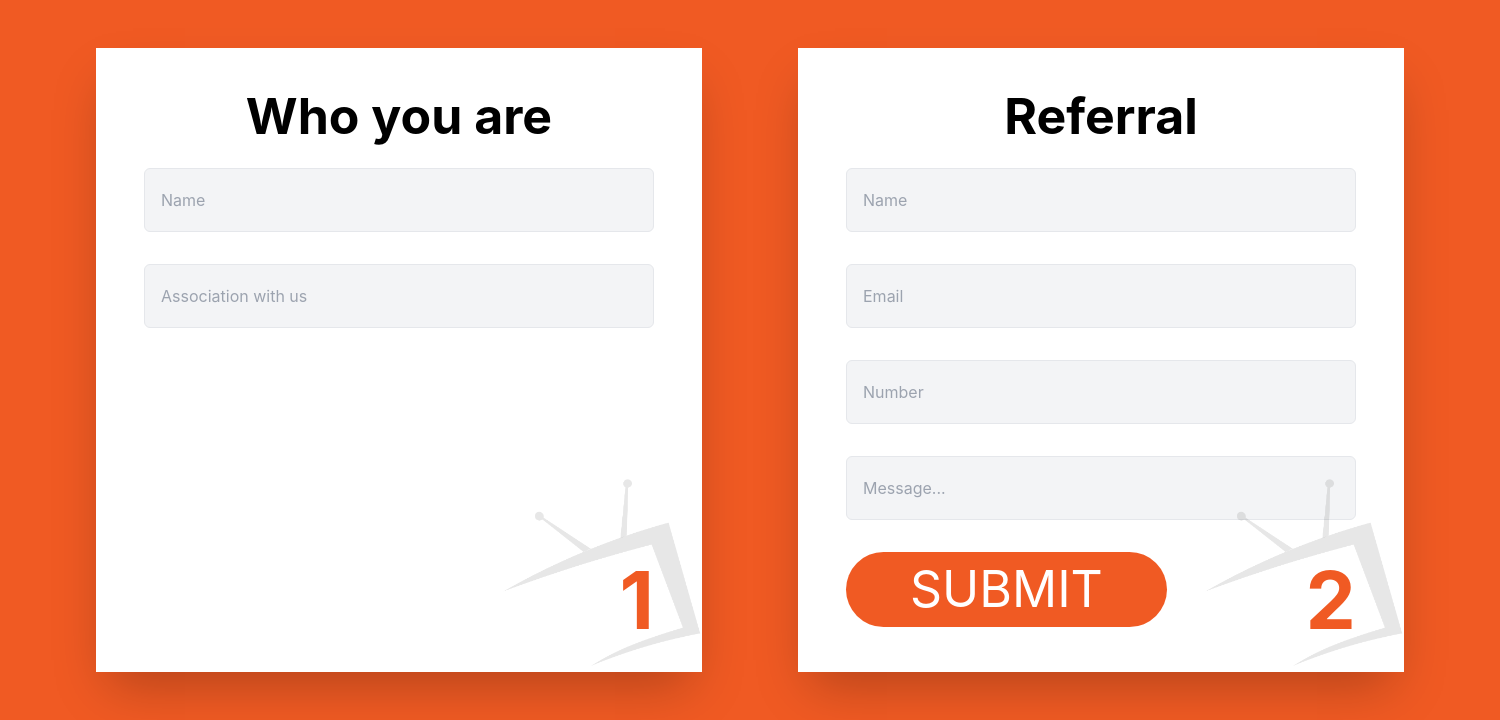
Repository: legenddev1202/whyclicktv
Page: /referrel
These files come from the project's save history. The page is drawn as it stood at one moment and after the next save; the edit follows.
The browser window is 1280 px wide. The page is 1500 px wide, so the pictures cover 1500 px, including what lies to the right of the window. The pictures show the whole page.
The project was rebuilt for these pictures with package versions that can differ from the ones it lists, and the page was loaded fresh each time. Also part of the build but not shown: src/App.css, src/pages/home.js, src/pages/about.js, src/pages/contact.js, src/pages/partners.js.

Above is the page before, as saved 2022-03-31 15:10:01.

### public/index.html
<!DOCTYPE html>
<html lang="en">
  <head>
    <meta charset="utf-8" />
    <link rel="icon" href="%PUBLIC_URL%/favicon.ico" />
    <meta name="viewport" content="width=device-width, initial-scale=1" />
    <meta name="theme-color" content="#000000" />
    <meta name="description" content="why-click" />
    <link rel="apple-touch-icon" href="%PUBLIC_URL%/favicon.ico" />
    <!--
      manifest.json provides metadata used when your web app is installed on a
      user's mobile device or desktop. See https://developers.google.com/web/fundamentals/web-app-manifest/
    -->
    <link rel="manifest" href="%PUBLIC_URL%/manifest.json" />
    <!--
      Notice the use of %PUBLIC_URL% in the tags above.
      It will be replaced with the URL of the `public` folder during the build.
      Only files inside the `public` folder can be referenced from the HTML.

      Unlike "/favicon.ico" or "favicon.ico", "%PUBLIC_URL%/favicon.ico" will
      work correctly both with client-side routing and a non-root public URL.
      Learn how to configure a non-root public URL by running `npm run build`.
    -->
    <title>WhyClick.tv</title>
  </head>
  <body>
    <noscript>WhyClick.tv</noscript>
    <div id="root"></div>
    <!--
      This HTML file is a template.
      If you open it directly in the browser, you will see an empty page.

      You can add webfonts, meta tags, or analytics to this file.
      The build step will place the bundled scripts into the <body> tag.

      To begin the development, run `npm start` or `yarn start`.
      To create a production bundle, use `npm run build` or `yarn build`.
    -->
  </body>
</html>

### src/index.css
@tailwind base;
@tailwind components;
@tailwind utilities;

body {
  margin: 0;
  font-family: -apple-system, BlinkMacSystemFont, "Segoe UI", "Roboto", "Oxygen",
    "Ubuntu", "Cantarell", "Fira Sans", "Droid Sans", "Helvetica Neue",
    sans-serif;
  -webkit-font-smoothing: antialiased;
  -moz-osx-font-smoothing: grayscale;
  height: 100%;
  min-height: 700px;
  min-width: 1500px;
}

code {
  font-family: source-code-pro, Menlo, Monaco, Consolas, "Courier New",
    monospace;
}

### src/App.js
import { Routes, Route, Link } from "react-router-dom";
import "./App.css";
import Home from "./pages/home";
import About from "./pages/about";
import Contact from "./pages/contact";
import Partners from "./pages/partners";
import Referral from "./pages/referral";

function App() {
  return (
    <Routes>
      <Route path="/" element={<Home />} />
      <Route path="about" element={<About />} />
      <Route path="contact" element={<Contact />} />
      <Route path="partners" element={<Partners />} />
      <Route path="referrel" element={<Referral />} />
    </Routes>
  );
}

export default App;

### src/pages/referral.js
import React from "react";
import { Routes, Route, Link } from "react-router-dom";

function Referral() {
  return (
    <div
      className="w-full"
      style={{ height: "100vh", backgroundColor: "#F05A23" }}
    >
      <div className="w-full p-12 flex h-full">
        <div className="w-1/2 p-12 mx-12 flex flex-col items-center bg-white h-11/12 relative shadow-2xl">
          <div className="text-4xl font-bold" style={{ fontSize: 50 }}>
            Who you are
          </div>
          <div className="w-full mt-8">
            <input
              className="w-full rounded-md h-16 border px-4 bg-gray-100"
              placeholder="Name"
            ></input>
            <div className="w-full mt-8">
              <input
                className="w-full rounded-md h-16 border px-4 bg-gray-100"
                placeholder="Association with us"
              ></input>
            </div>
          </div>
          <img
            className="logo-icon absolute bottom-0 right-0"
            src="assets/images/logos/tv-logo.png"
            width={203}
            height={192}
            alt="logo"
          />
          <div
            className="text-5xl font-bold absolute bottom-8 right-12"
            style={{ color: "#F05A23", fontSize: 80 }}
          >
            1
          </div>
        </div>
        <div className="w-1/2 p-12 mx-12 flex flex-col items-center bg-white h-11/12 relative shadow-2xl">
          <div className="text-4xl font-bold" style={{ fontSize: 50 }}>
            Referral
          </div>
          <div className="w-full mt-8">
            <input
              className="w-full rounded-md h-16 border px-4 bg-gray-100"
              placeholder="Name"
            ></input>
            <div className="w-full mt-8">
              <input
                className="w-full rounded-md h-16 border px-4 bg-gray-100"
                placeholder="Email"
              ></input>
            </div>
            <div className="w-full mt-8">
              <input
                className="w-full rounded-md h-16 border px-4 bg-gray-100"
                placeholder="Number"
              ></input>
            </div>
            <div className="w-full mt-8">
              <input
                className="w-full rounded-md h-16 border px-4 bg-gray-100"
                placeholder="Message..."
              ></input>
            </div>
          </div>
          <div className="self-start mt-8">
            <button
              className="rounded-full px-16"
              style={{
                backgroundColor: "#F05A23",
                color: "white",
                fontSize: 50,
              }}
            >
              SUBMIT
            </button>
          </div>
          <img
            className="logo-icon absolute bottom-0 right-0"
            src="assets/images/logos/tv-logo.png"
            width={203}
            height={192}
            alt="logo"
          />
          <div
            className="text-5xl font-bold absolute bottom-8 right-12"
            style={{ color: "#F05A23", fontSize: 80 }}
          >
            2
          </div>
        </div>
      </div>
    </div>
  );
}

export default Referral;

Loaded but not shown: src/index.js (common file); src/reportWebVitals.js (common file); tailwind.config.js (common file)

After the next save:
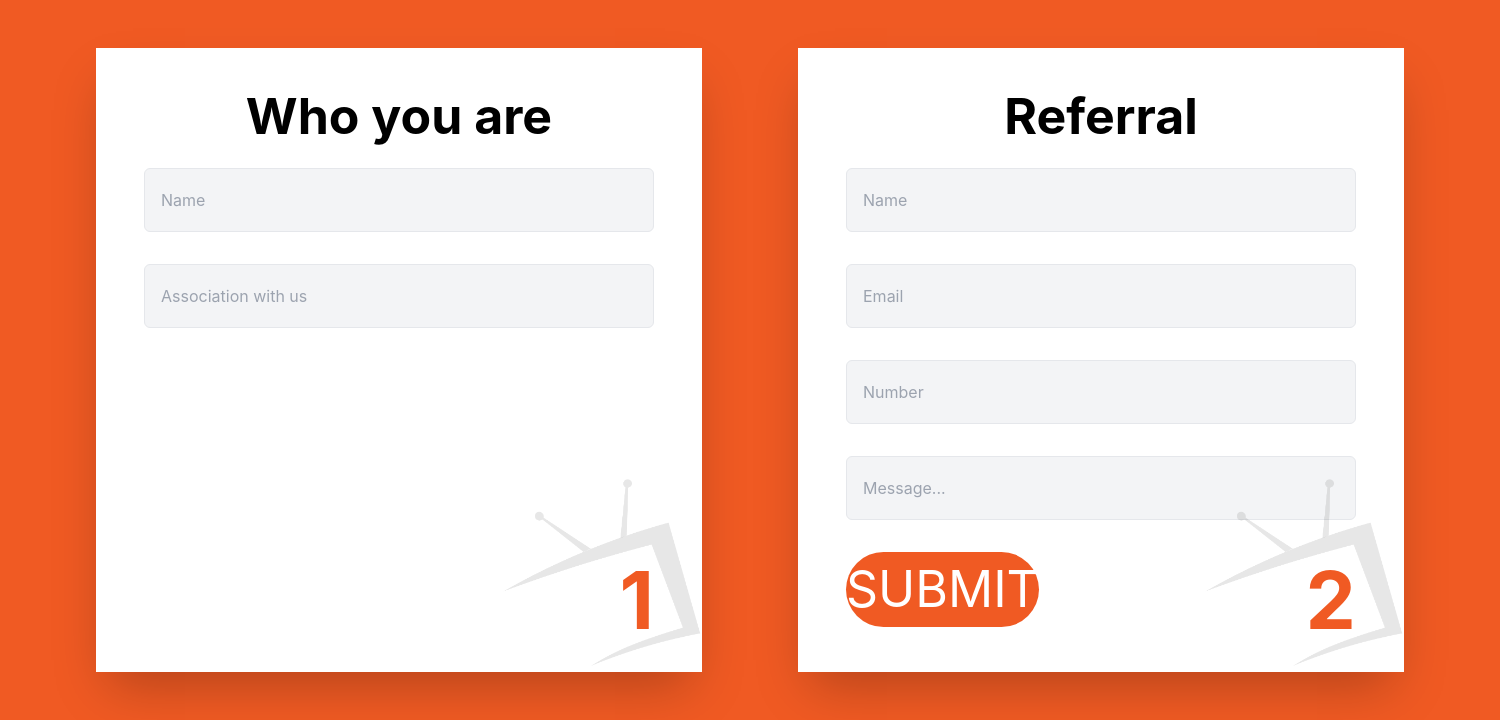
Saved 4 s later.
--- a/src/pages/referral.js
+++ b/src/pages/referral.js
@@ -68,7 +68,7 @@ function Referral() {
           </div>
           <div className="self-start mt-8">
             <button
-              className="rounded-full px-16"
+              className="rounded-full"
               style={{
                 backgroundColor: "#F05A23",
                 color: "white",
